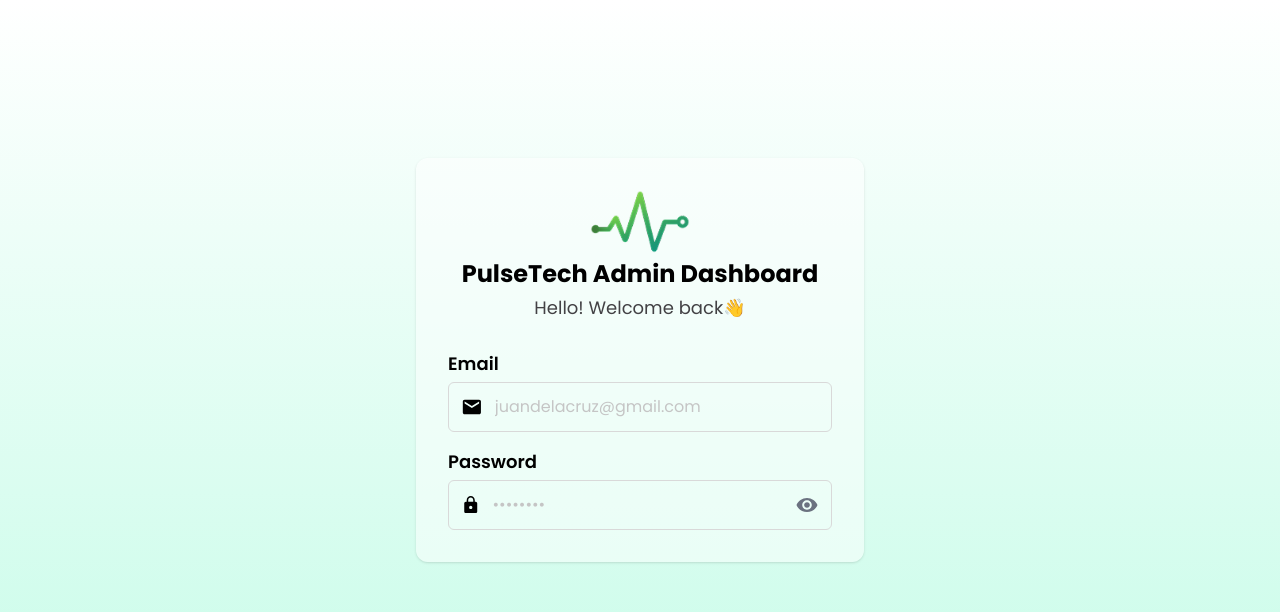
Repository: ShyrineJardin/pulse_admin
Page: /
The author's editor kept a copy of each file at every save. The page is drawn from the files as they stood at one save, then again after a run of saves.
The browser window is 1280 px wide. The pictures show the whole page.
The project was rebuilt for these pictures with package versions that can differ from the ones it lists, and the page was loaded fresh each time.

Above is the page before, as saved 2026-03-25 11:27:10.

### src/index.css
@import url('https://fonts.googleapis.com/css2?family=Inter:ital,opsz,wght@0,14..32,100..900;1,14..32,100..900&family=Poppins:ital,wght@0,100;0,200;0,300;0,400;0,500;0,600;0,700;0,800;0,900;1,100;1,200;1,300;1,400;1,500;1,600;1,700;1,800;1,900&display=swap');

@tailwind base;
@tailwind components;
@tailwind utilities;

*{
    margin: 0;
    padding: 0;
    box-sizing: border-box;
}

body {
    font-family: poppins, sans-serif;
}

### src/App.js
import Login from "./components/Login";

function App() {
  return (
    <div className="App">
      <Login />
    </div>
  );
}

export default App;

### src/components/Login.jsx
import {React, useState} from "react";
import { MdEmail, MdLock } from "react-icons/md";
import { IoMdEye, IoMdEyeOff } from "react-icons/io";



const Login = () => {
  const [showPassword, setShowPassword] = useState(false);

  return (
   <div className="flex items-center justify-center h-screen bg-gradient-to-b from-white to-[#C9FCE9]">
        <div className="w-full max-w-sm md:max-w-md p-8 space-y-6 bg-white/50 rounded-xl shadow">
            <div className="flex flex-col text-center gap-1">
                <img src="/logo.png" alt="pulse logo" className="lg:h-16 h-14 mx-auto" />
                <h2 className="font-bold text-xl lg:text-2xl">PulseTech Admin Dashboard</h2>
                <p className="text-subtext text-base lg:text-lg">Hello! Welcome back👋</p>

                <form action="">
                    <div className="flex flex-col gap-4 mt-6">
                        <div className="flex flex-col gap-1">
                            <h3 className="text-left font-semibold text-lg">Email</h3>
                            <div className="flex items-center gap-3 bg-#F6F6F6 p-3 border border-[#D9D9D9] rounded-md focus-within:ring-2 focus-within:ring-primary">
                                <MdEmail className="h-6 w-6" />
                                <input type="email" placeholder="juandelacruz@gmail.com" className=" placeholder:text-[#C5C5C5] bg-transparent outline-none w-full" />
                            </div>
                        </div>
                        <div className="flex flex-col gap-1">
                            <h3 className="text-left font-semibold text-lg">Password</h3>
                            <div className="flex items-center gap-3 bg-#F6F6F6 p-3 border border-[#D9D9D9] rounded-md focus-within:ring-2 focus-within:ring-primary">
                                <MdLock className="h-6 w-6" />
                                <input
                                    type={showPassword ? "text" : "password"}
                                    placeholder="••••••••"
                                    className="placeholder:text-[#C5C5C5] bg-transparent outline-none w-full"
                                />
                                <button
                                    type="button"
                                    onClick={() => setShowPassword(!showPassword)}
                                    className="text-gray-500 hover:text-gray-700"
                                >
                                    {showPassword ? <IoMdEyeOff className="h-6 w-6" /> : <IoMdEye className="h-6 w-6" />}
                                </button>
                            </div>
                        </div>
                    </div>
                </form>


            </div>

        </div>
    </div>
  );
}

export default Login;

### tailwind.config.js
/** @type {import('tailwindcss').Config} */
module.exports = {
  content: [
    "./src/**/*.{js,jsx,ts,tsx}",
  ],
  theme: {
    extend: {
        colors: {
          'subtext': '#434245',
          'primary': '#75EEA5',
        },
    }
  },
  plugins: [],
}

Loaded but not shown: public/index.html (common file); src/index.js (common file); src/reportWebVitals.js (common file)

After the next 5 saves:
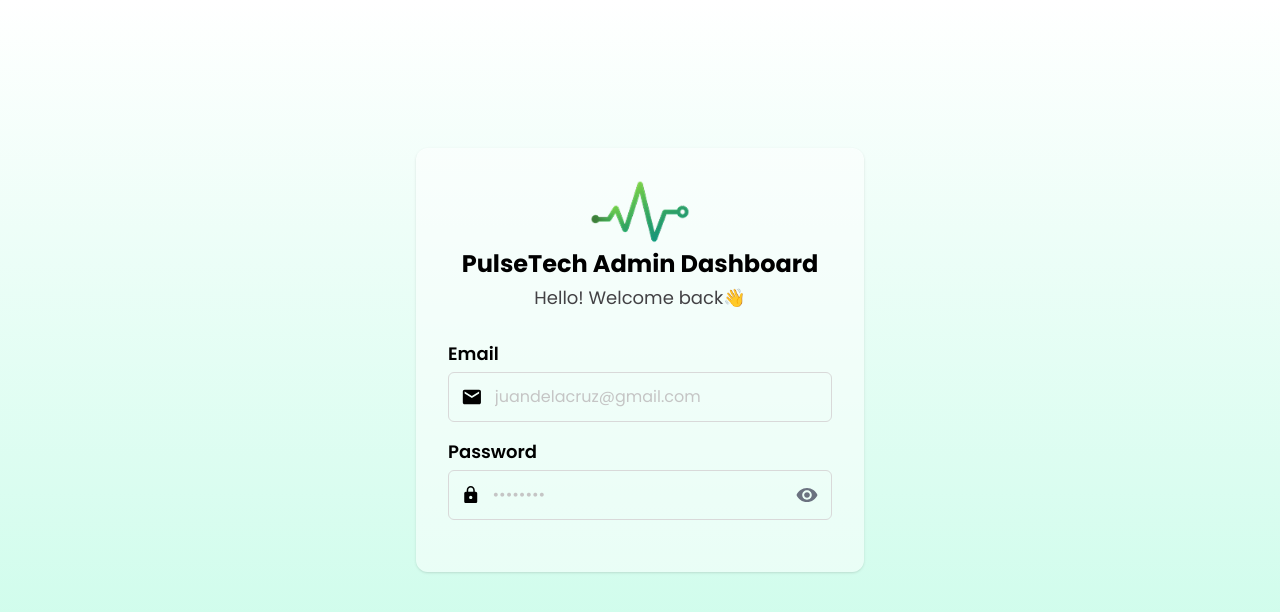
The 5 saves are shown as one change because 1 did not build or start and some came seconds apart.
The last was saved 19 s later.
--- a/src/components/Login.jsx
+++ b/src/components/Login.jsx
@@ -45,7 +45,9 @@ const Login = () => {
                     </div>
                 </form>
 
-
+                <div className="flex items-center justify-between mt-4">
+                    <div></div>
+                </div>
             </div>
 
         </div>
